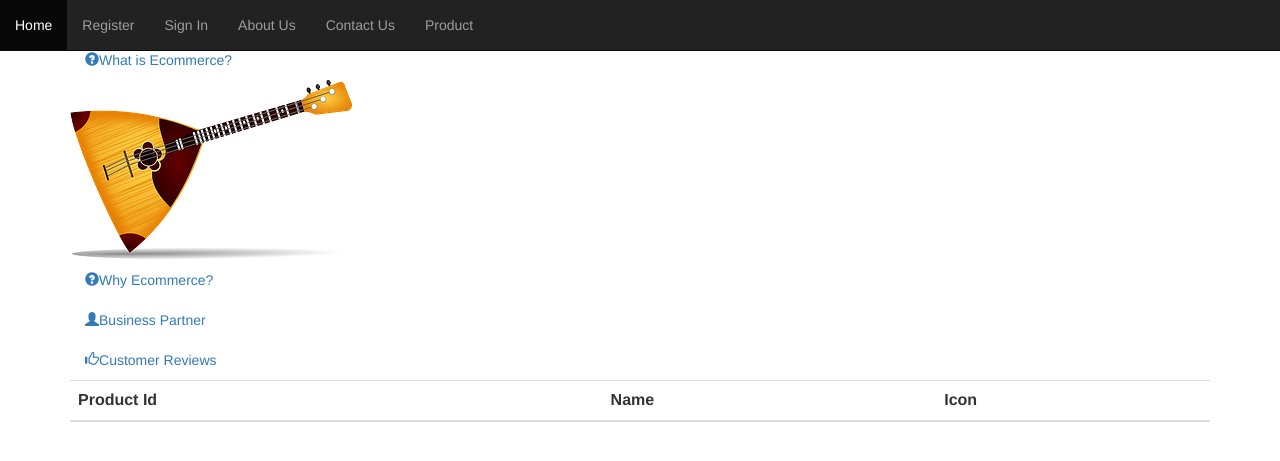
Repository: aradhana15/myFinalRepository
Page: http://localhost/music/WEB-INF/views/product.jsp
The author's editor kept a copy of each file at every save. The page is drawn from the files as they stood at one save, then again after the next save.
The browser window is 1280 px wide. The pictures show the whole page.
The page is served by Tomcat 9. Nobody is signed in. Other server files are loaded and not shown. The template is opened directly, without the code that normally fills it, so the values that code supplies are empty.

Above is the page before, as saved 2016-04-23 12:44:18.
Console error (its wording comes from the project's code and is left out).

### wwf/music/src/main/webapp/WEB-INF/views/product.jsp
<html><%@include file="header.jsp" %>
<head>
<%-- <jsp:include page="header.jsp" /> --%>
</head>
<body>

<div class="container">
  <!-- <h2>Product Details</h2>
  <p>Here are the new products available in this site...</p>      -->
  <div class="table-responsive">
  <table class="table table-hover">
    <thead>
      <tr>
        <th>Product Id</th>
        <th>Name</th>
        <th>Icon</th>
      </tr>
    </thead>
    <tbody>
	<c:forEach var="pd" items="${products}">

      <tr>
        <td>${pd.id}</td>
        <td>${pd.name}</td>
        <td><a href="productDesc?pro=${pd.id}"><img src="<c:url value='${pd.image}'/>" height="50px" width="70px"/></a></td>
      </tr>
      </c:forEach>
       </tbody>

  </table>
  </div>
</div>





</body></html>

### wwf/music/src/main/webapp/WEB-INF/views/header.jsp

<meta name="viewport" content="width=device-width, initial-scale=1">
<link rel="stylesheet"
	href="http://maxcdn.bootstrapcdn.com/bootstrap/3.3.6/css/bootstrap.min.css">
<script
	src="http://maxcdn.bootstrapcdn.com/bootstrap/3.3.6/js/bootstrap.min.js"></script>
<%@taglib prefix="spr" uri="http://www.springframework.org/tags"%>
<%@taglib prefix="c" uri="http://java.sun.com/jsp/jstl/core"%>


<div class="container">
	<div class="navbar navbar-inverse navbar-fixed-top" role="navigation">


		<div class="nav navbar-nav">
			<li class="active"><a href="house">Home</a></li>
			<li><a href="register">Register</a></li>
			<!-- if u by deflt make anything acive -->
			<li><a href="sign">Sign In</a></li>
			<li><a href="aboutus">About Us</a></li>
			<li><a href="contactus">Contact Us</a></li>
			<li><a href="product">Product</a></li>


		</div>
	</div>
	<!-- <div class="nav navbar-nav"> -->
	<br>
	<br>
	<div class="nav nav-tabs">
		<button type="button" class="navbar-toggle" data-toggle="collapse"
			data-target=".navbar-collapse">
			<span class="sr-only">Toggle navigation</span> <span class="icon-bar"></span>
			<span class="icon-bar"></span> <span class="icon-bar"></span>
		</button>
		<ul class="nav">
			<li class="active"><a href="whatecomm"> <i
					class="glyphicon glyphicon-question-sign"></i>What is Ecommerce?</a> <img src="<c:url value='/resources/images/guitar.jpg'/>"></li>
			<li><a href="yecomm"> <i
					class="glyphicon glyphicon-question-sign"></i>Why Ecommerce?</a></li>
			<li><a href="businessparter"> <i
					class="glyphicon glyphicon-user"></i>Business Partner</a></li>
			<li><a href="custreview"> <i
					class="glyphicon glyphicon-thumbs-up"></i>Customer Reviews</a></li>
		</ul>
	</div>

</div>

After the next save:
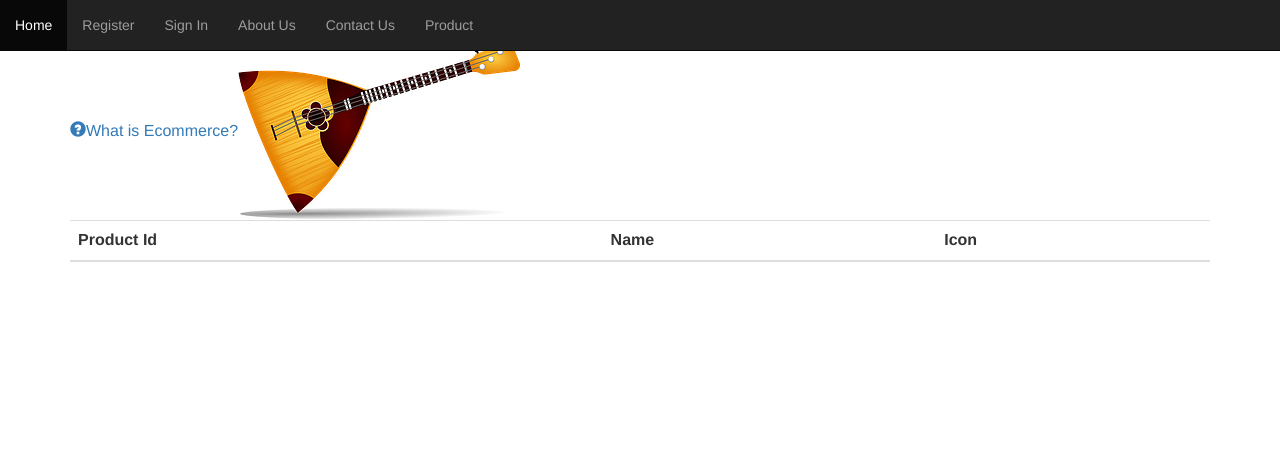
Saved 2 min 36 s later.
--- a/wwf/music/src/main/webapp/WEB-INF/views/header.jsp
+++ b/wwf/music/src/main/webapp/WEB-INF/views/header.jsp
@@ -33,7 +33,7 @@
 			<span class="sr-only">Toggle navigation</span> <span class="icon-bar"></span>
 			<span class="icon-bar"></span> <span class="icon-bar"></span>
 		</button>
-		<ul class="nav">
+		<%-- <ul class="nav">
 			<li class="active"><a href="whatecomm"> <i
 					class="glyphicon glyphicon-question-sign"></i>What is Ecommerce?</a> <img src="<c:url value='/resources/images/guitar.jpg'/>"></li>
 			<li><a href="yecomm"> <i
@@ -42,7 +42,14 @@
 					class="glyphicon glyphicon-user"></i>Business Partner</a></li>
 			<li><a href="custreview"> <i
 					class="glyphicon glyphicon-thumbs-up"></i>Customer Reviews</a></li>
-		</ul>
+		</ul> --%>
+		<table>
+			<tr><td><a href="whatecomm"> <i
+					class="glyphicon glyphicon-question-sign"></i>What is Ecommerce?</a> </td>
+					<td><img src="<c:url value='/resources/images/guitar.jpg'/>"></td></tr>
+		</table>
+
+
 	</div>
 
 </div>
